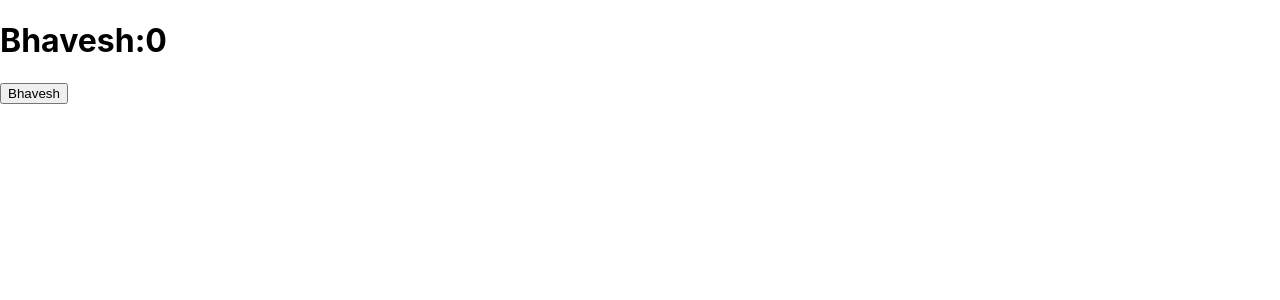
Repository: bhaveshtrades/reactpractice
Page: / (app in reactpractice/)
An editor plug-in stored every save of this project. The page is shown before and after the next save, followed by the edit.
The browser window is 1280 px wide. The pictures show the whole page.
The project was rebuilt for these pictures with package versions that can differ from the ones it lists, and the page was loaded fresh each time. Also part of the build but not shown: reactpractice/src/App.css.

Above is the page before, as saved 2022-08-22 00:54:12.

### reactpractice/src/App.js
import './App.css';
import FirstButton from './components/FirstButton';

function App() {
  return (
    <>
      <FirstButton></FirstButton>
    </>
  );
}

export default App;

### reactpractice/src/components/FirstButton.jsx
import React from 'react'
import LoaderHOC from './LoaderHOC';

function FirstButton({heading, count, name}) {
  return (
    <div>
       <h1>{name}:{heading}</h1>
      <button onClick={count}>{name}</button>
    </div>
  )
}

export default LoaderHOC(FirstButton);

### reactpractice/src/components/LoaderHOC.jsx
import { useState } from 'react';

const LoaderHOC = (WrappedComponent)=>{
    function Button(){
        const[state, setState] = useState(0);
        return(
            <>
              <WrappedComponent count={()=>{setState(state+1)}} heading={state} name="Bhavesh"></WrappedComponent>
            </>
        )
    }
    return Button;
}

export default LoaderHOC;

### reactpractice/src/components/Entername.jsx
import React, { useState } from 'react'

function Entername() {

    const[name, setName] = useState('Enter Your Name');


  return (
    <div>
    <label htmlFor="name">Name: ${name}</label>
    <h1>${name}</h1>
      <input type="text" onClick={(e)=>setName(e.target.value)}/>
    </div>
  )
}

export default Entername

Loaded but not shown: reactpractice/public/index.html (common file); reactpractice/src/index.js (common file); reactpractice/src/index.css (common file); reactpractice/src/reportWebVitals.js (common file)

After the next save:
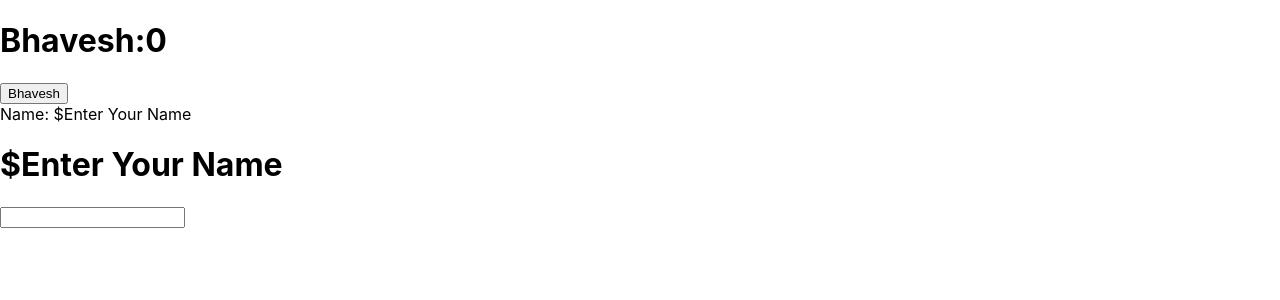
Saved 37 s later.
--- a/reactpractice/src/App.js
+++ b/reactpractice/src/App.js
@@ -1,10 +1,12 @@
 import './App.css';
+import Entername from './components/Entername';
 import FirstButton from './components/FirstButton';
 
 function App() {
   return (
     <>
       <FirstButton></FirstButton>
+      <Entername/>
     </>
   );
 }
